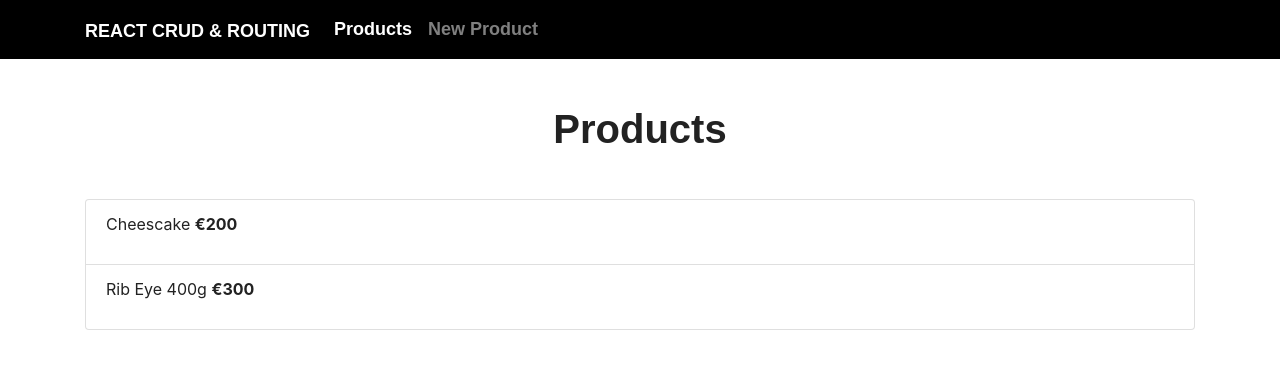
Repository: ppfeliuu/routercrudreact
Page: /products
The author's editor kept a copy of each file at every save. The page is drawn from the files as they stood at one save, then again after the next save.
The browser window is 1280 px wide. The pictures show the whole page.
Some web fonts or font styles are not loaded; a fallback is used. The project was rebuilt for these pictures with package versions that can differ from the ones it lists, and the page was loaded fresh each time. Requests to the local data server were answered from the project's data file. Also part of the build but not shown: src/components/Producto.js, src/components/EditarProducto.js, src/components/AgregarProducto.js.

Above is the page before, as saved 2019-06-26 10:59:19.

After the next save:
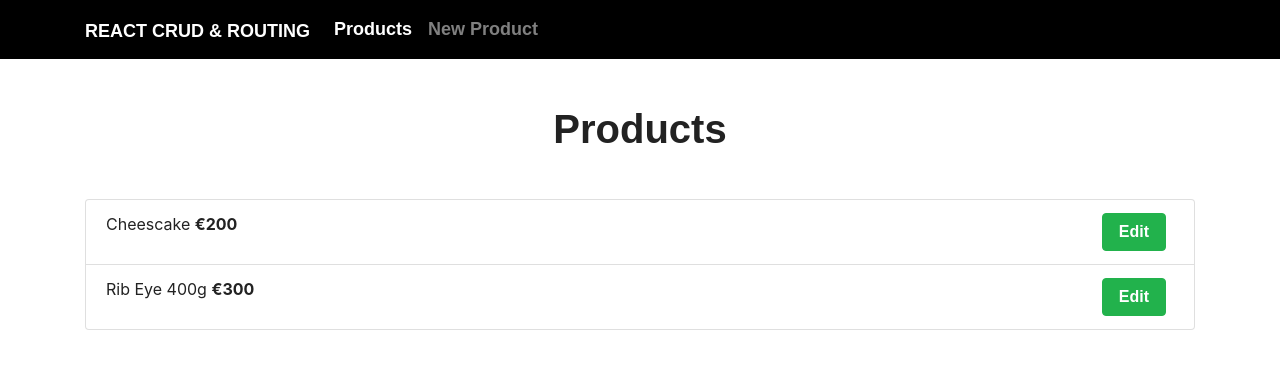
Saved 3 min 9 s later.
--- a/src/components/ProductoLista.js
+++ b/src/components/ProductoLista.js
@@ -1,4 +1,5 @@
 import React from 'react';
+import { Link } from 'react-router-dom';
 
 function ProductoLista({producto}) {
 
@@ -9,7 +10,7 @@ function ProductoLista({producto}) {
                 <span className="font-weight-bold">€{producto.precioPlatillo}</span>
             </p>
             <div>
-
+                <Link to={`/products/edit/${producto.id}`} className="btn btn-success mr-2">Edit</Link>
             </div>
         </li>
     )
